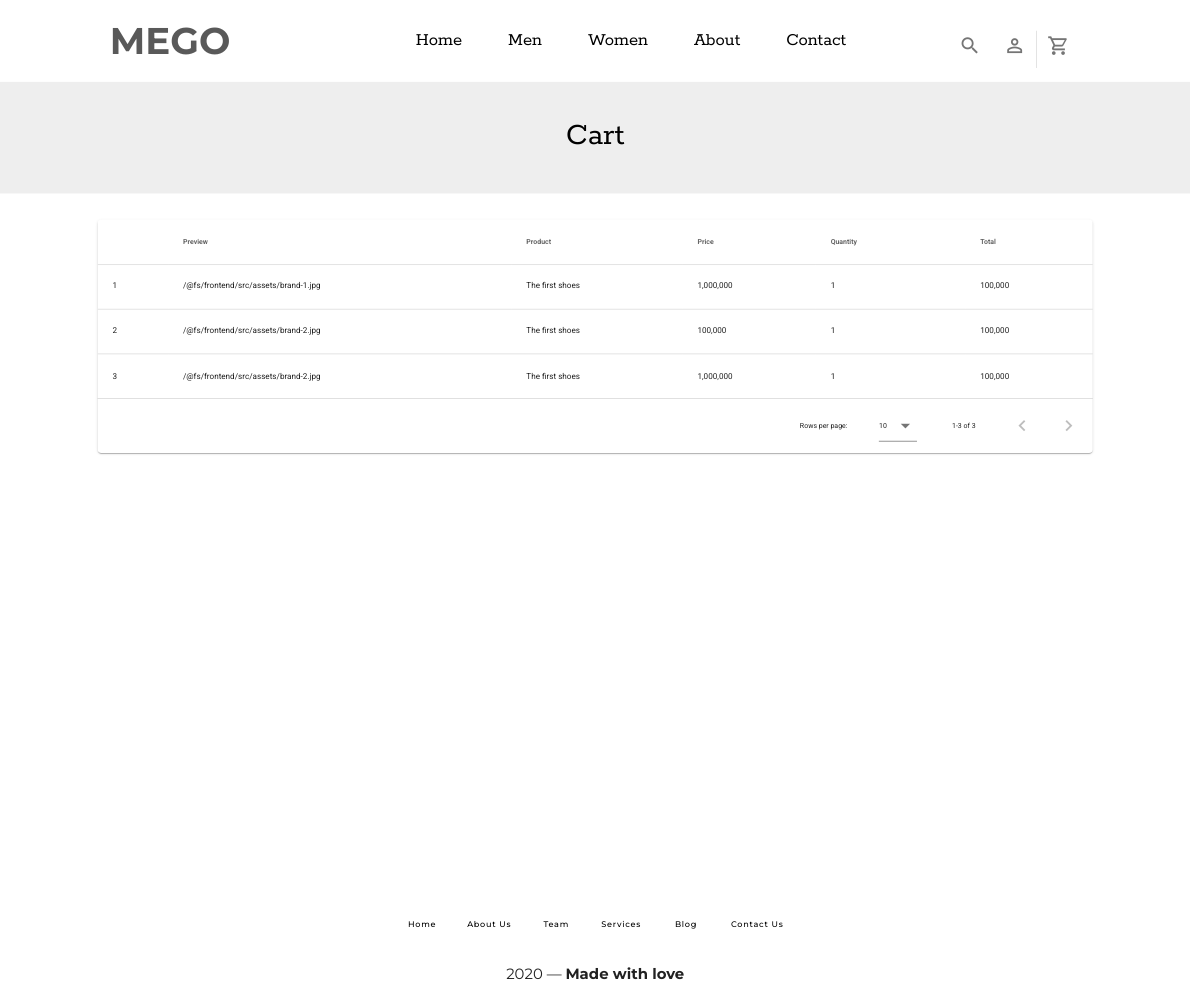
Repository: nguyenphuong152/mego-frontend
Page: /cart (app in frontend/)
An editor plug-in stored every save of this project. The page is shown before and after the next save, followed by the edit.
The browser window is 1280 px wide. The pictures show the whole page, at 93% of full size.
The project was rebuilt for these pictures with package versions that can differ from the ones it lists, and the page was loaded fresh each time. Also part of the build but not shown: frontend/vue.config.js, frontend/src/components/Customer/Collection.vue, frontend/src/components/Customer/Banner.vue, frontend/src/components/Customer/BestSeller.vue, frontend/src/components/Customer/Partner.vue, frontend/src/views/Customer/Home.vue, frontend/src/components/Customer/ProductCategory.vue, frontend/src/components/Customer/ProductView.vue and 10 more. Imported but missing from the stored project, and not drawn on this page: frontend/src/views/Admin/Category.vue, frontend/src/views/Admin/ManageProduct.vue, frontend/src/views/Admin/ManageUser.vue, frontend/src/views/Admin/OrderList.vue.

Above is the page before, as saved 2020-11-28 09:20:15.

After the next save:
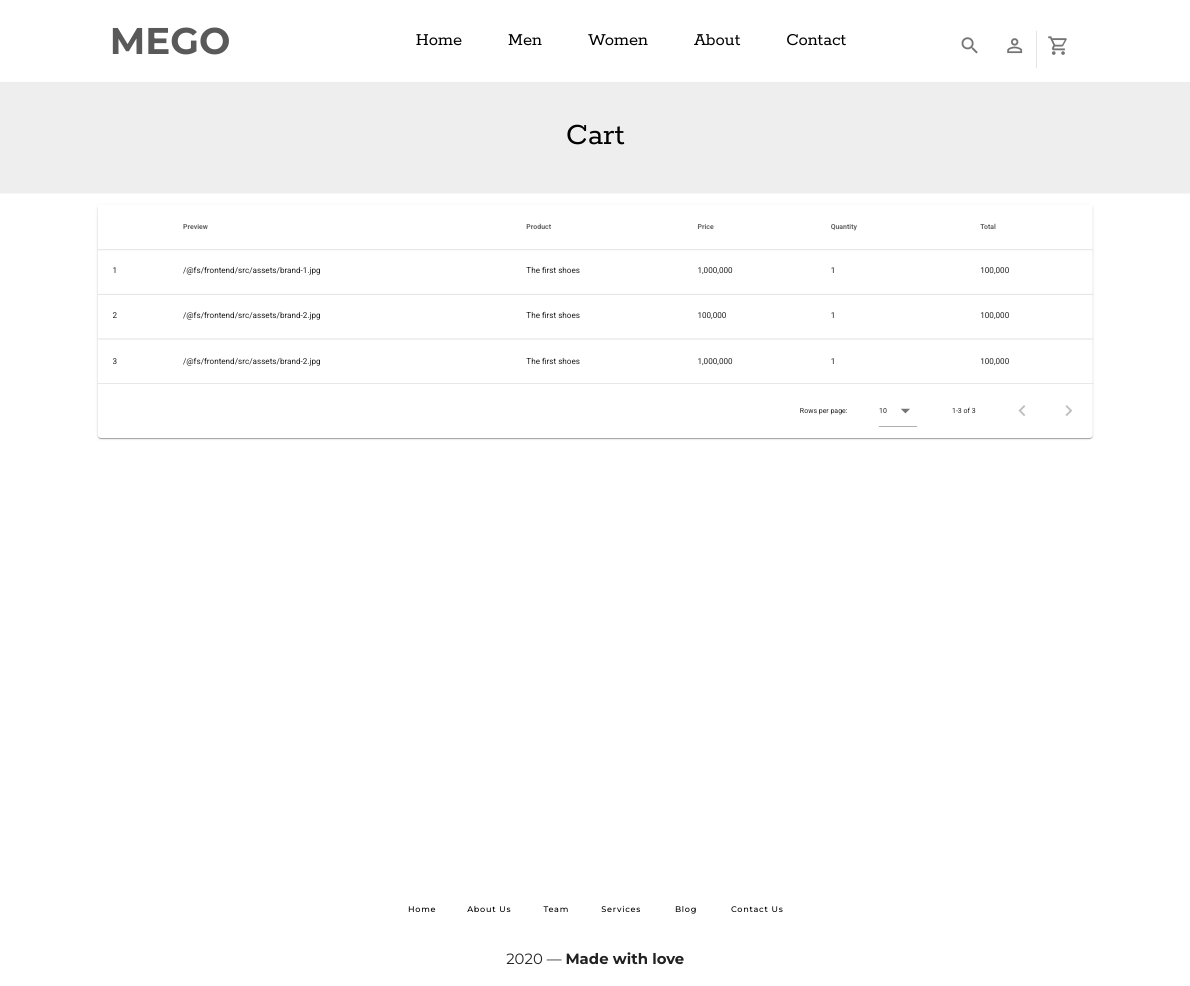
Saved 32 s later.
--- a/frontend/src/views/Customer/Cart.vue
+++ b/frontend/src/views/Customer/Cart.vue
@@ -1,12 +1,12 @@
 <template>
   <div class="cart app">
-    <v-sheet color="grey lighten-3" height="120">
+    <v-sheet color="grey lighten-3" height="120" py-4>
       <v-container py-8>
         <a class="slogan-3">Cart</a>
       </v-container>
     </v-sheet>
     <div>
-      <v-container class="mt-4">
+      <v-container >
         <totalProducts />
       </v-container>
     </div>
